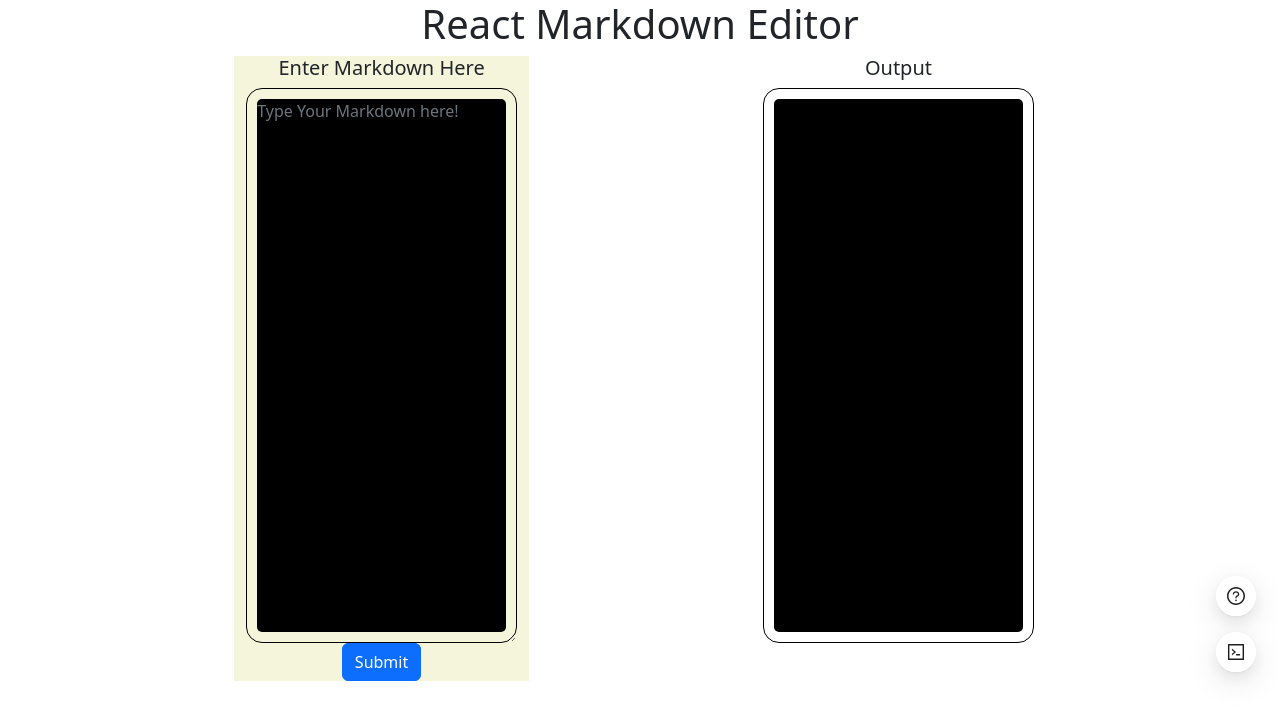
Repository: devkthines/md-editor
Page: /
An editor plug-in stored every save of this project. The page is shown before and after a run of saves, followed by the edit.
The browser window is 1280 px wide. The pictures show the whole page.
The project was rebuilt for these pictures with package versions that can differ from the ones it lists, and the page was loaded fresh each time. Also part of the build but not shown: src/pages/preview.js, src/components/navbar.js, src/pages/home.js.

Above is the page before, as saved 2023-12-06 22:00:16.

After the next 2 saves:
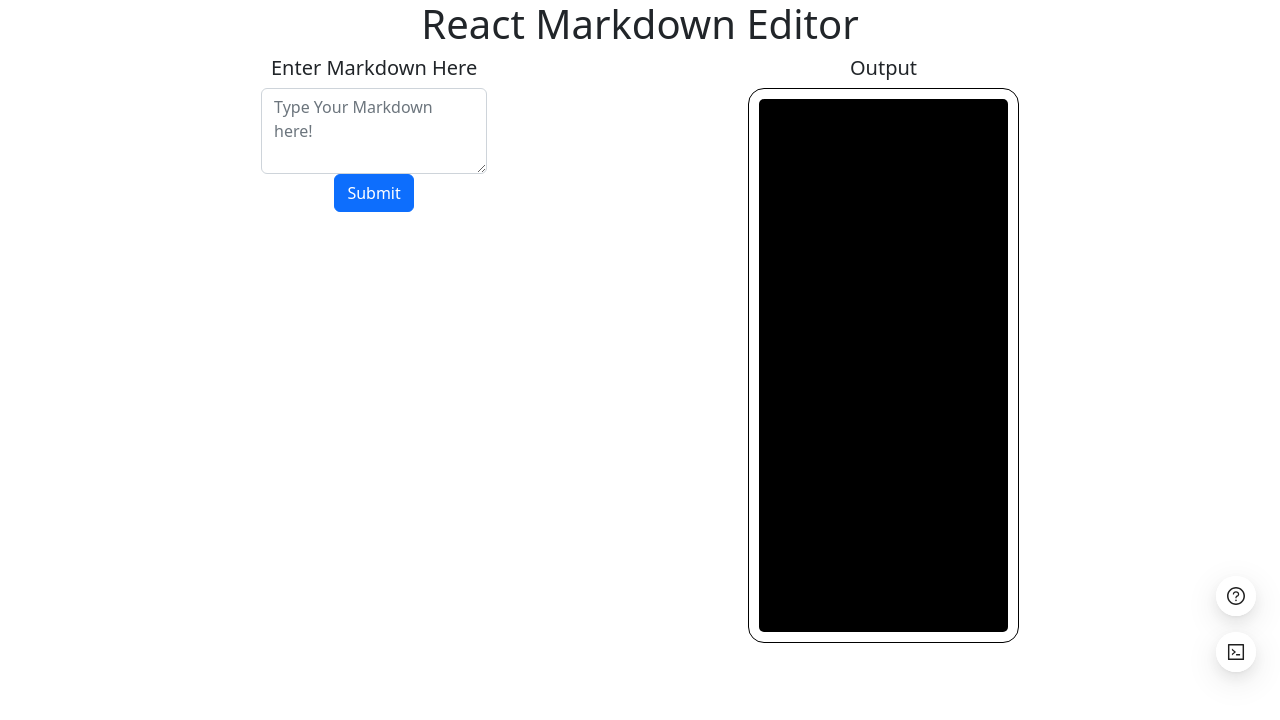
The 2 saves are shown as one change because they came seconds apart.
The last was saved 19 s later.
--- a/src/styles/style.css
+++ b/src/styles/style.css
@@ -4,7 +4,7 @@
     box-sizing: border-box;
 }
 
-#editor,#mdEdView {
+#mdEdView {
     width: 270.71999999999997px;
     height: 554.88px;
     background-color: black;
@@ -15,5 +15,5 @@
     color: white;
 }
 #edBox{
-    background-color: beige;
+
 }
